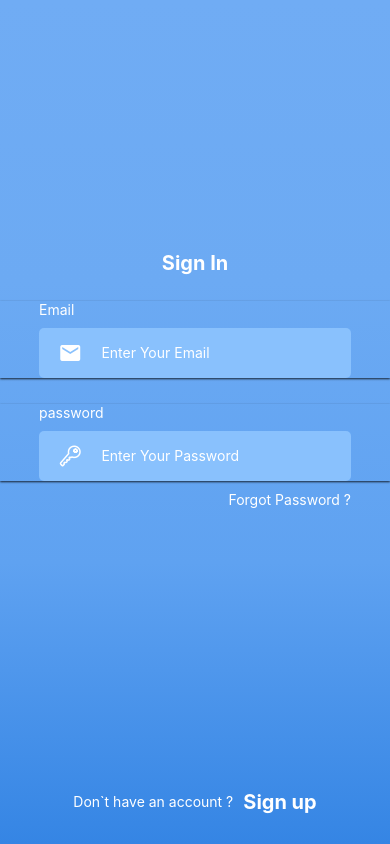
Repository: kamarajcalm/loginpage
Screen: /
These files come from the project's save history. The screen is drawn as it stood at one moment and after the next save; the edit follows.
The app was drawn by React Native's web renderer in a window 390 px wide. The project was rebuilt for these pictures with package versions that can differ from the ones it lists, and the page was loaded fresh each time.

Above is the screen before, as saved 2021-12-26 00:18:39.

### App.js
import { StatusBar } from 'expo-status-bar';
import { StyleSheet, Text, View, TouchableOpacity, Dimensions, TextInput } from 'react-native';
import { LinearGradient } from 'expo-linear-gradient';
const { height, width } = Dimensions.get("window")
import { MaterialCommunityIcons, Ionicons } from '@expo/vector-icons';
import { useState } from 'react';
export default function App() {
  const [email, setEmail] = useState("")
  const [password, setPassword] = useState("")
  return (
    <LinearGradient style={styles.container}
      colors={["#70ACF4", '#6CAAF3', "#5FA2F1", "#3585E4",]}
    >

      <StatusBar style="auto" />

      <View style={styles.content}>
        <View style={[styles.center]}>
          <Text style={[styles.textwithBold]}>Sign In</Text>
        </View>

        <View style={[styles.textInputContainer, styles.boxWithShadow]}>
          <View>
            <Text style={styles.text}>Email</Text>
          </View>
          <View style={[styles.textBox]}>
            <View style={[styles.iconContainer]}>
              <MaterialCommunityIcons name="email" size={24} color="#fff" />
            </View>
            <TextInput
              value={email}
              onChangeText={val => setEmail(val)}
              keyboardType={"email-address"}
              style={[styles.textInput]}
              placeholder='Enter Your Email'
              placeholderTextColor={"#fff"}
              selectionColor={"#fff"}
            />


          </View>
        </View>

        <View style={[styles.textInputContainer, styles.boxWithShadow]}>
          <View>
            <Text style={styles.text}>password</Text>
          </View>
          <View style={[styles.textBox]}>
            <View style={[styles.iconContainer]}>
              <Ionicons name="key-outline" size={24} color="#fff" />
            </View>
            <TextInput
              secureTextEntry={true}
              value={password}
              onChangeText={val => setPassword(val)}
              style={[styles.textInput]}
              placeholder='Enter Your Password'
              placeholderTextColor={"#fff"}
              selectionColor={"#fff"}
            />


          </View>
        </View>

        <View style={[styles.flexEnd]}>
          <TouchableOpacity>
            <Text style={[styles.text]}>Forgot Password ?</Text>
          </TouchableOpacity>
        </View>
      </View>
      <View style={styles.footer}>
        <View>
          <Text style={styles.text}>Don`t have an account ?</Text>
        </View>
        <TouchableOpacity style={{ marginLeft: 10 }}>
          <Text style={[styles.textwithBold]}>Sign up</Text>
        </TouchableOpacity>
      </View>
    </LinearGradient>
  );
}

const styles = StyleSheet.create({
  container: {
    flex: 1,

  },
  textInputContainer: {
    paddingHorizontal: width * 0.1,
    marginTop: height * 0.03
  },
  center: {
    alignItems: "center",
    justifyContent: "center"
  },
  content: {
    flex: 0.9,
    justifyContent: "center"
  },
  footer: {
    flex: 0.1,
    flexDirection: "row",
    alignItems: "center",
    justifyContent: "center"
  },
  textBox: {
    height: height * 0.06,
    width: width * 0.8,
    flexDirection: "row",
    backgroundColor: "#89C1FD",
    marginTop: 10,
    borderRadius: 5
  },
  text: {
    color: "#fff"
  },
  textwithBold: {
    color: "#fff",
    fontWeight: "bold",
    fontSize: 20
  },
  iconContainer: {
    flex: 0.2,
    alignItems: "center",
    justifyContent: "center"
  },
  textInput: {
    flex: 0.8,
    color: "#fff"
  },

  boxWithShadow: {
    shadowColor: '#000',
    shadowOffset: { width: 0, height: 1 },
    shadowOpacity: 0.8,
    shadowRadius: 2,
    elevation: 5
  },
  flexEnd: {
    marginTop: 10,
    alignSelf: "flex-end",
    paddingHorizontal: width * 0.1
  }
});

After the next save:
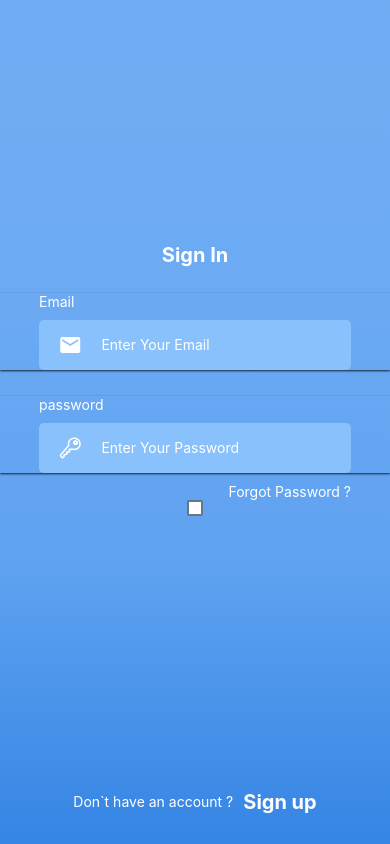
Saved 3 min 41 s later.
--- a/App.js
+++ b/App.js
@@ -1,5 +1,5 @@
 import { StatusBar } from 'expo-status-bar';
-import { StyleSheet, Text, View, TouchableOpacity, Dimensions, TextInput } from 'react-native';
+import { StyleSheet, Text, View, TouchableOpacity, Dimensions, TextInput, CheckBox } from 'react-native';
 import { LinearGradient } from 'expo-linear-gradient';
 const { height, width } = Dimensions.get("window")
 import { MaterialCommunityIcons, Ionicons } from '@expo/vector-icons';
@@ -7,6 +7,9 @@ import { useState } from 'react';
 export default function App() {
   const [email, setEmail] = useState("")
   const [password, setPassword] = useState("")
+  const [rememberMe, setRememberMe] = useState(false)
+
+
   return (
     <LinearGradient style={styles.container}
       colors={["#70ACF4", '#6CAAF3', "#5FA2F1", "#3585E4",]}
@@ -67,6 +70,13 @@ export default function App() {
           <TouchableOpacity>
             <Text style={[styles.text]}>Forgot Password ?</Text>
           </TouchableOpacity>
+        </View>
+        <View style={{}}>
+          <CheckBox
+            value={rememberMe}
+            onValueChange={val => setRememberMe(val)}
+            style={styles.checkbox}
+          />
         </View>
       </View>
       <View style={styles.footer}>
@@ -141,5 +151,11 @@ const styles = StyleSheet.create({
     marginTop: 10,
     alignSelf: "flex-end",
     paddingHorizontal: width * 0.1
+  },
+  checkbox: {
+    alignSelf: "center",
+  },
+  checkboxContainer: {
+    flexDirection: "row"
   }
 });
